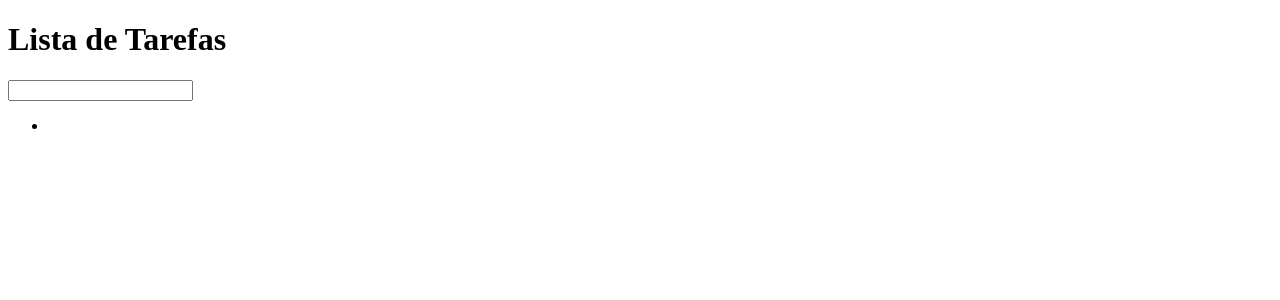
Repository: mateus-henrique-silva/Angular-lista-de-tarefas
Page: / (app in angiularTarefas/)
These files come from the project's save history. The page is drawn as it stood at one moment and after a run of saves; the edit follows.
The browser window is 1280 px wide. The pictures show the whole page.
The project was rebuilt for these pictures with package versions that can differ from the ones it lists, and the page was loaded fresh each time. Also part of the build but not shown: angiularTarefas/angular.json.

Above is the page before, as saved 2022-07-12 09:30:00.

### angiularTarefas/src/index.html
<!doctype html>
<html lang="en">
<head>
  <meta charset="utf-8">
  <title>AngiularTarefas</title>
  <base href="/">
  <meta name="viewport" content="width=device-width, initial-scale=1">
  <link rel="icon" type="image/x-icon" href="favicon.ico">
</head>
<body>
  <app-root></app-root>
</body>
</html>

### angiularTarefas/src/app/app.component.ts
import { Component } from '@angular/core';

@Component({
  selector: 'app-root',
  templateUrl: './app.component.html',
  styleUrls: ['./app.component.css']
})
export class AppComponent {
  title = 'Lista de Tarefas';
  test = []

}

### angiularTarefas/src/app/app.component.html
<h1>{{title}}</h1>
<input #nome [value]="" />
<ul>
  <li>{{test}}</li>
</ul>

Loaded but not shown: angiularTarefas/src/styles.css (common file); angiularTarefas/src/main.ts (common file); angiularTarefas/src/app/app.module.ts (common file); angiularTarefas/src/environments/environment.ts (common file); angiularTarefas/src/app/app.component.css (no stored copy; drawn as an empty file)

After the next 4 saves:
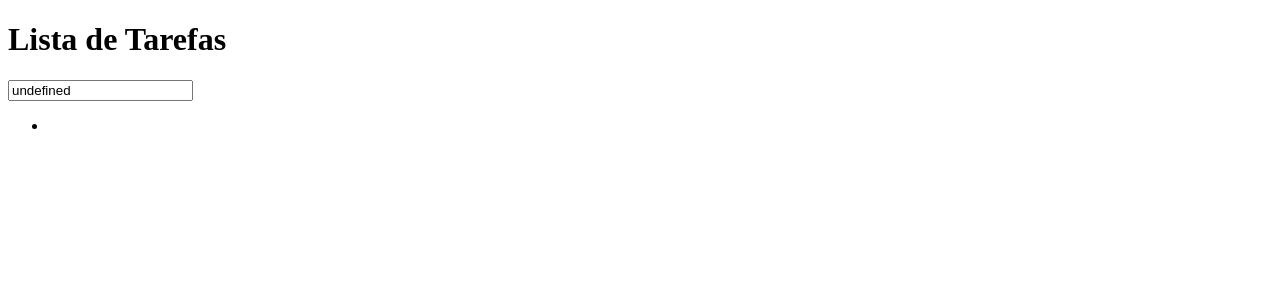
The 4 saves are shown as one change because they came seconds apart.
The last was saved 10 s later.
--- a/angiularTarefas/src/app/app.component.html
+++ b/angiularTarefas/src/app/app.component.html
@@ -1,5 +1,5 @@
 <h1>{{title}}</h1>
-<input #nome [value]="" />
+<input #nome [value]="teste" input="" />
 <ul>
   <li>{{test}}</li>
 </ul>
